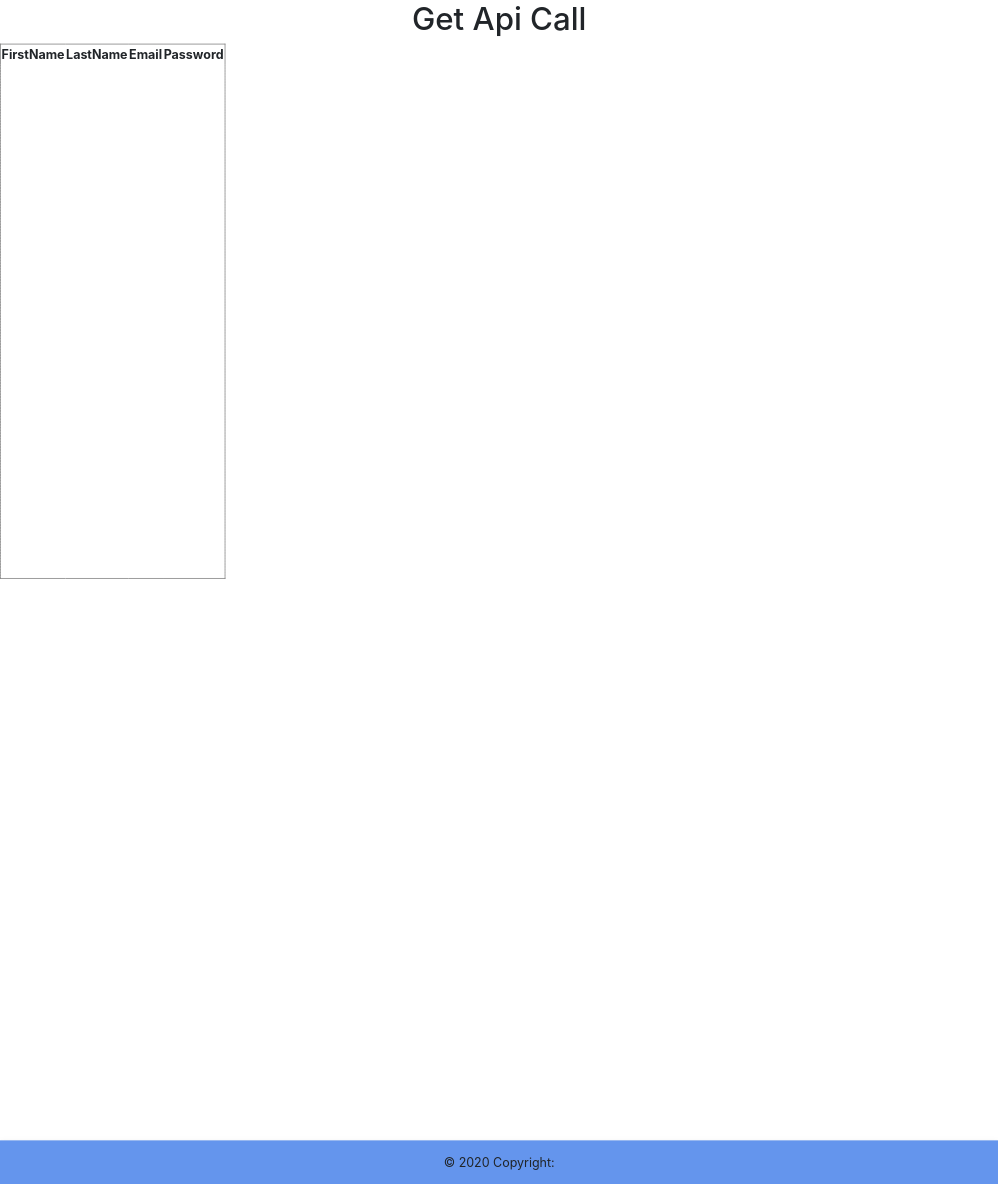
Repository: Sakshamccna/React
Page: /
An editor plug-in stored every save of this project. The page is shown before and after a run of saves, followed by the edit.
The browser window is 1280 px wide. The pictures show the whole page, at 78% of full size.
The page's requests for data from a server got no answer. The project was rebuilt for these pictures with package versions that can differ from the ones it lists, and the page was loaded fresh each time. No one was signed in, and anything a server would have sent is missing.

Above is the page before, as saved 2022-12-27 12:04:34.

After the next 2 saves:
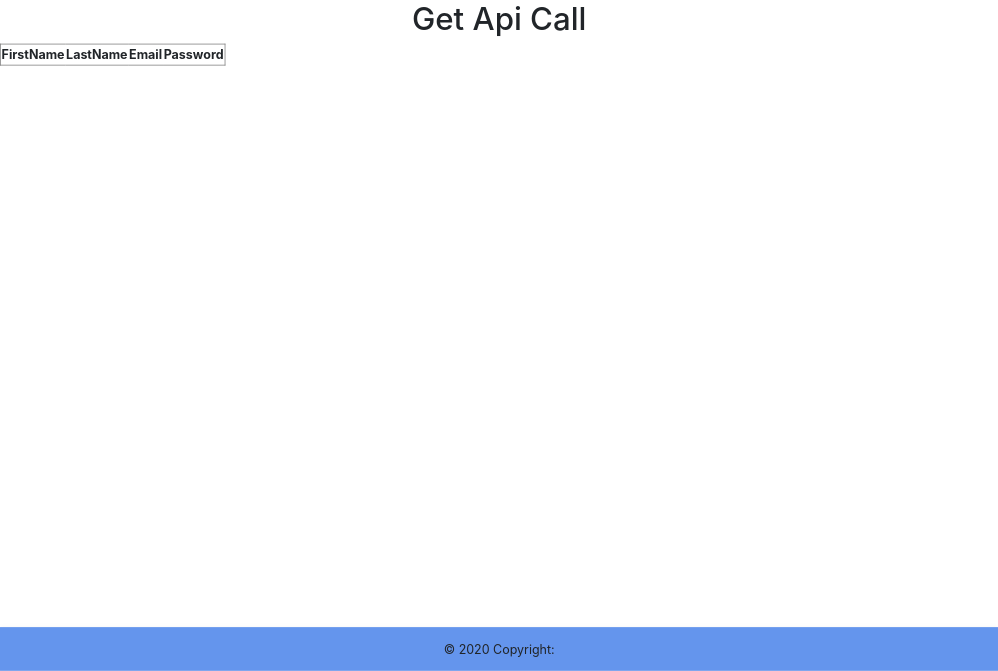
The 2 saves are shown as one change because 1 did not build or start.
The last was saved 44 s later.
--- a/src/Components/Getapi.tsx
+++ b/src/Components/Getapi.tsx
@@ -3,8 +3,7 @@ import { Outlet, UNSAFE_DataRouterStateContext } from 'react-router-dom';
 import { isTemplateExpression } from 'typescript';
 
 const Getapi = () => {
-    const [data, setData] = useState<any>('[{"firstName":"sak","lastName":"sham","email":"Asdf@gmail.com","password":null},{"firstName":"System","lastName":"Admin","email":"admin@admin.com","password":null},{"firstName":"gdfg","lastName":"fghdf","email":"saksham@gmail.com","password":null},{"firstName":"System","lastName":"User","email":"user@user.com","password":null}]')
-
+    const [data, setData] = useState<any>([])
 
     useEffect(() => {
         var requestOptions: any = {
